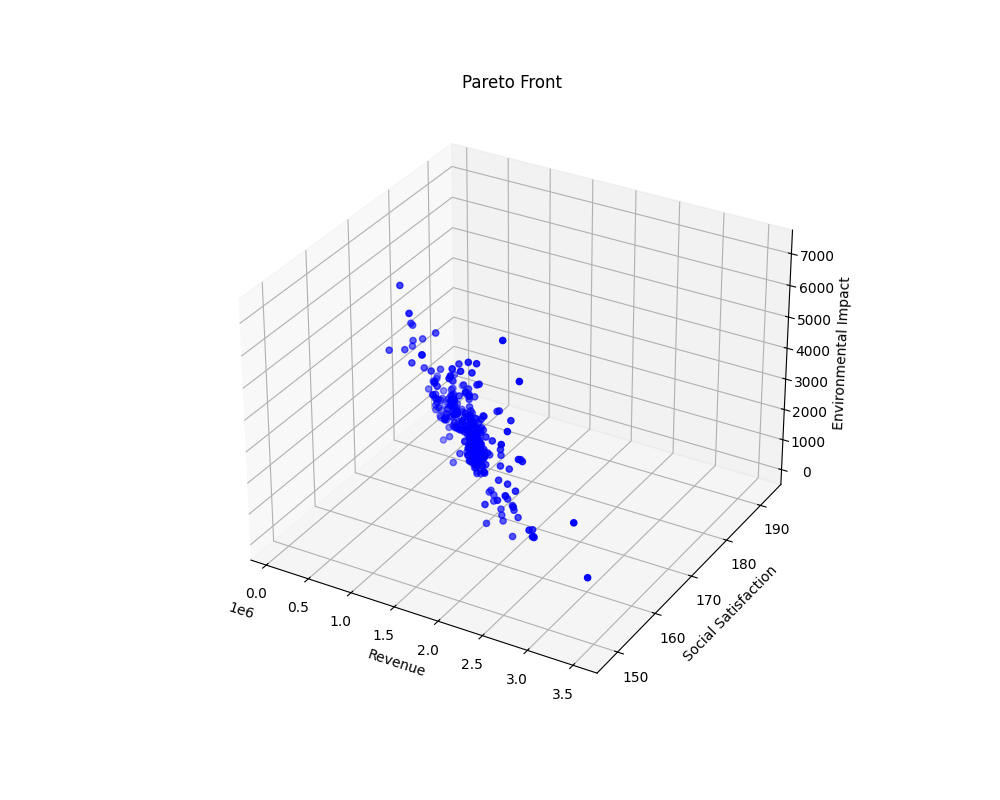
Repository: Kevinye0116/MCM
Script's output: python Coding/trial2.py
These files come from the project's save history. The script's output is drawn as it stood at one moment and after the next save; the edit follows.
Random numbers start from a fixed seed.

Above is the script's output before, as saved 2025-01-25 11:03:54.

### Coding/trial2.py
from typing import List, Tuple

import matplotlib.pyplot as plt
import numpy as np
from mpl_toolkits.mplot3d import Axes3D
from scipy.optimize import minimize


class TourismOptimization:
    def __init__(self):
        # Model parameters
        self.k1 = 0.1  # Environmental protection effectiveness
        self.k2 = 0.05  # Carbon emission impact
        self.k3 = 0.2  # Nature recovery rate
        self.k4 = 0.15  # Infrastructure development rate
        self.k5 = 0.3  # Infrastructure investment coefficient
        self.k6 = 0.25  # Environmental protection investment coefficient

        # Constants
        self.a1 = 0.01  # Resident satisfaction coefficient
        self.a2 = 0.02  # Tourist tax impact
        self.a3 = 0.015  # Tourist spending impact
        self.b1 = 100  # Base resident satisfaction
        self.b2 = 100  # Base tourist satisfaction
        self.gamma = 0.1  # Tourist growth rate
        self.delta = 0.05  # Environmental impact factor

        # Constraints
        self.Nt_max = 10000  # Maximum tourists
        self.tau_max = 100  # Maximum tourist tax
        self.Pt_max = 1000  # Maximum tourist spending
        self.CO2_max = 500000  # Maximum CO2 emissions
        self.E_min = 50  # Minimum environmental quality

        # Hidden cost and other parameters
        self.Ch = 1000  # Hidden cost
        self.CO2p = 0.5  # CO2 per person

    def calculate_revenue(self, x: np.ndarray) -> float:
        """Calculate total revenue (objective 1)"""
        Nt, tau_t, Pt = x
        return (tau_t + Pt) * Nt - self.k6 * tau_t * Nt - self.k5 * tau_t * Nt - self.Ch

    def calculate_social_satisfaction(self, x: np.ndarray) -> float:
        """Calculate social satisfaction (objective 2)"""
        Nt, tau_t, Pt = x
        S_residents = -self.a1 * Nt + self.b1
        S_tourists = -self.a2 * tau_t - self.a3 * Pt + self.b2
        return S_residents + S_tourists

    def calculate_environmental_impact(self, x: np.ndarray) -> float:
        """Calculate environmental quality index (objective 3)"""
        Nt, tau_t, Pt = x
        # Environmental quality index E increases with environmental protection investment
        # and decreases with tourist numbers (CO2 emissions)
        E = self.k1 * self.k6 * tau_t * Nt - self.k2 * self.CO2p * Nt + self.k3 * 100
        return E  # Higher E means better environmental quality

    def constraints(self, x: np.ndarray) -> List[float]:
        """Define all constraints"""
        Nt, tau_t, Pt = x
        constraints = [
            self.Nt_max - Nt,  # Tourism capacity constraint
            self.tau_max - tau_t,  # Tax constraint
            self.Pt_max - Pt,  # Spending constraint
            self.CO2_max - Nt * self.CO2p,  # Environmental constraint
            -self.a1 * Nt + self.b1 - 60,  # Societal constraint
            Nt,  # Non-negative tourists
            tau_t,  # Non-negative tax
            Pt,  # Non-negative spending
        ]
        return constraints

    def pareto_optimization(
        self, population_size: int = 100, generations: int = 50
    ) -> List[np.ndarray]:
        """Perform Pareto optimization"""
        population = []
        for _ in range(population_size):
            # Generate random initial solutions within bounds
            x = np.array(
                [
                    np.random.uniform(0, self.Nt_max),
                    np.random.uniform(0, self.tau_max),
                    np.random.uniform(0, self.Pt_max),
                ]
            )
            population.append(x)

        pareto_front = []
        for generation in range(generations):
            # Evaluate objectives for current population
            objectives = []
            for solution in population:
                if all(c >= 0 for c in self.constraints(solution)):
                    obj1 = self.calculate_revenue(solution)
                    obj2 = self.calculate_social_satisfaction(solution)
                    obj3 = self.calculate_environmental_impact(solution)
                    objectives.append((obj1, obj2, obj3))
                else:
                    objectives.append((-np.inf, -np.inf, -np.inf))

            # Update Pareto front
            for i, solution in enumerate(population):
                dominated = False
                for j, other_solution in enumerate(population):
                    if i != j and self.dominates(objectives[j], objectives[i]):
                        dominated = True
                        break
                if not dominated and all(c >= 0 for c in self.constraints(solution)):
                    pareto_front.append(solution)

            # Generate new population
            new_population = []
            for _ in range(population_size):
                # Tournament selection
                tournament = np.random.choice(len(population), 2, replace=False)
                if objectives[tournament[0]][0] > objectives[tournament[1]][0]:
                    parent1 = population[tournament[0]]
                else:
                    parent1 = population[tournament[1]]

                tournament = np.random.choice(len(population), 2, replace=False)
                if objectives[tournament[0]][1] > objectives[tournament[1]][1]:
                    parent2 = population[tournament[0]]
                else:
                    parent2 = population[tournament[1]]

                # Crossover and mutation
                child = self.crossover_and_mutate(parent1, parent2)
                new_population.append(child)

            population = new_population

        return pareto_front

    def dominates(
        self, obj1: Tuple[float, float, float], obj2: Tuple[float, float, float]
    ) -> bool:
        """Check if obj1 dominates obj2"""
        return (
            obj1[0] >= obj2[0]
            and obj1[1] >= obj2[1]
            and obj1[2] >= obj2[2]
            and (obj1[0] > obj2[0] or obj1[1] > obj2[1] or obj1[2] > obj2[2])
        )

    def crossover_and_mutate(
        self, parent1: np.ndarray, parent2: np.ndarray
    ) -> np.ndarray:
        """Perform crossover and mutation"""
        # Crossover
        alpha = np.random.random()
        child = alpha * parent1 + (1 - alpha) * parent2

        # Mutation
        mutation_rate = 0.1
        if np.random.random() < mutation_rate:
            mutation_strength = 0.1
            child += np.random.normal(0, mutation_strength, size=3)

        # Ensure bounds
        child[0] = np.clip(child[0], 0, self.Nt_max)
        child[1] = np.clip(child[1], 0, self.tau_max)
        child[2] = np.clip(child[2], 0, self.Pt_max)

        return child

    def visualize_pareto_front(self, pareto_front: List[np.ndarray]):
        """Visualize the Pareto front in 3D"""
        objectives = np.array(
            [
                [
                    self.calculate_revenue(x),
                    self.calculate_social_satisfaction(x),
                    self.calculate_environmental_impact(x),
                ]
                for x in pareto_front
            ]
        )

        fig = plt.figure(figsize=(10, 8))
        ax = fig.add_subplot(111, projection="3d")

        scatter = ax.scatter(
            objectives[:, 0], objectives[:, 1], objectives[:, 2], c="b", marker="o"
        )

        ax.set_xlabel("Revenue")
        ax.set_ylabel("Social Satisfaction")
        ax.set_zlabel("Environmental Impact")
        ax.set_title("Pareto Front")

        plt.show()


# Usage example
def main():
    optimizer = TourismOptimization()
    pareto_front = optimizer.pareto_optimization(population_size=100, generations=50)

    print("\nPareto optimal solutions:")
    for solution in pareto_front[:5]:  # Show first 5 solutions
        Nt, tau_t, Pt = solution
        revenue = optimizer.calculate_revenue(solution)
        satisfaction = optimizer.calculate_social_satisfaction(solution)
        environment = optimizer.calculate_environmental_impact(solution)

        print(f"\nTourists: {Nt:.0f}")
        print(f"Tourist tax: {tau_t:.2f}")
        print(f"Tourist spending: {Pt:.2f}")
        print(f"Revenue: {revenue:.2f}")
        print(f"Social satisfaction: {satisfaction:.2f}")
        print(f"Environmental impact: {environment:.2f}")

    optimizer.visualize_pareto_front(pareto_front)


if __name__ == "__main__":
    main()

After the next save:
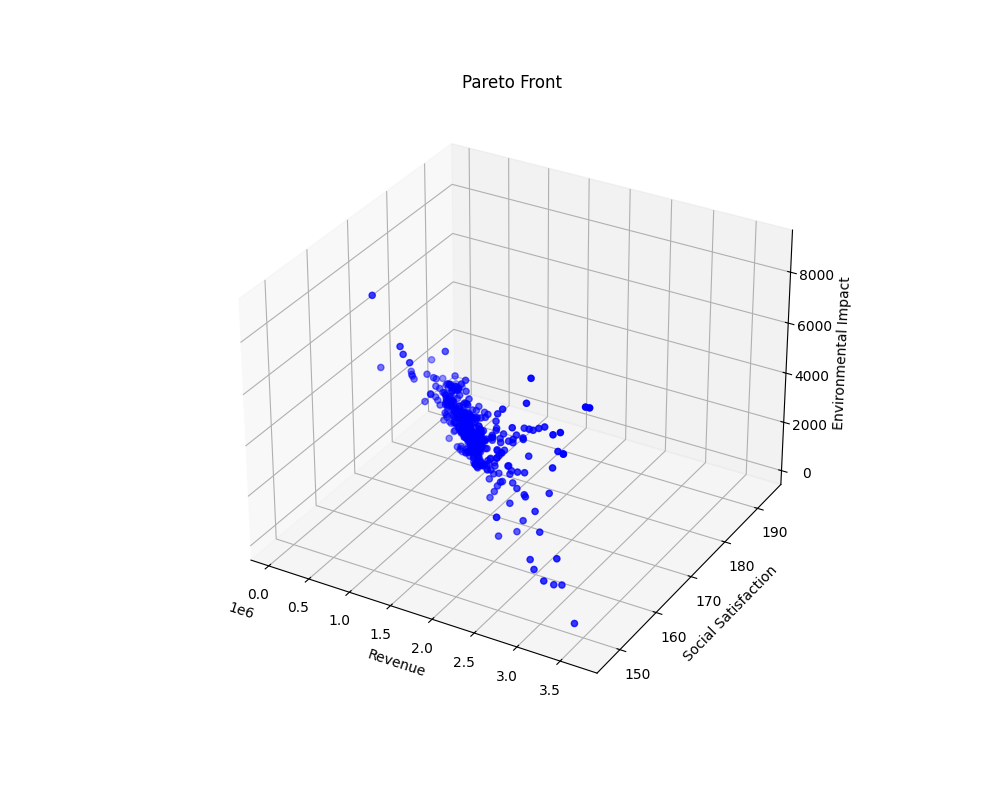
Saved 2 min 10 s later.
--- a/Coding/trial2.py
+++ b/Coding/trial2.py
@@ -217,4 +217,5 @@
 
 
 if __name__ == "__main__":
+    np.random.seed(42)
     main()

After the save that followed:
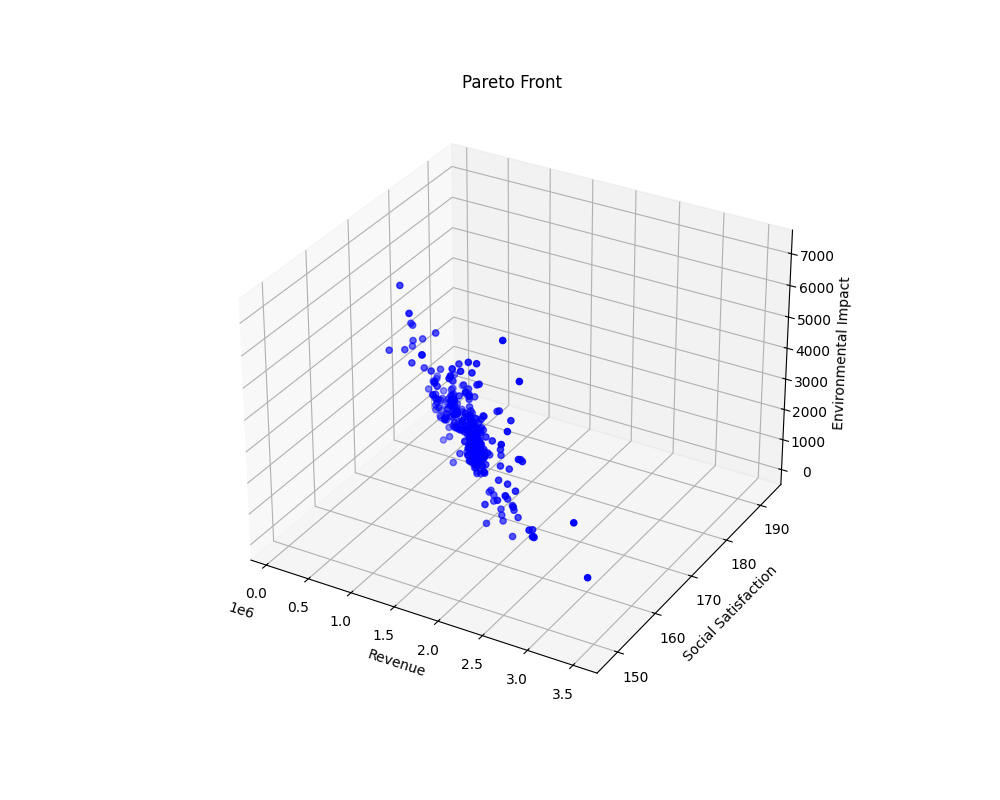
Saved 74 s later.
--- a/Coding/trial2.py
+++ b/Coding/trial2.py
@@ -217,5 +217,5 @@
 
 
 if __name__ == "__main__":
-    np.random.seed(42)
+    # np.random.seed(42)
     main()
